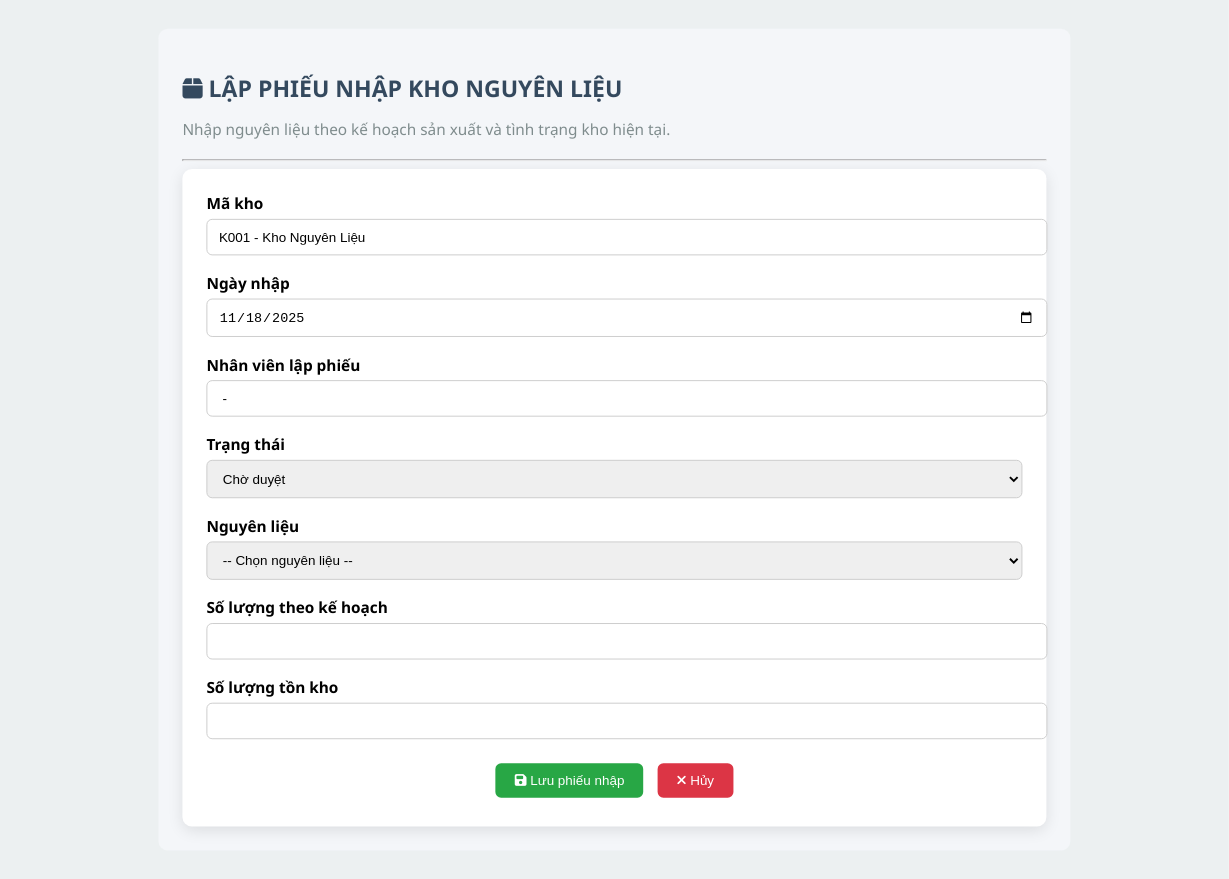
Repository: TienThanhTranK18IUH/PTUD_QLSX_NHAMAY_NOPAINNOGAIN
Page: http://localhost/app/views/phieu/nhapNL.php
An editor plug-in stored every save of this project. The page is shown before and after the next save, followed by the edit.
The browser window is 1280 px wide. The pictures show the whole page, at 96% of full size.
The page is run by PHP 8.4 with error messages shown; the project is at /var/www/html/.

Above is the page before, as saved 2025-12-19 20:34:16.

### app/views/phieu/nhapNL.php
<?php declare(strict_types=1);
// Ensure we have a $user array available in the view. Prefer a passed-in $user,
// otherwise try helper `getCurrentUser()` or fallback to session data.
if (!isset($user)) {
    if (function_exists('getCurrentUser')) {
        $tmpUser = getCurrentUser();
        $user = $tmpUser ? $tmpUser : array('maNguoiDung' => '', 'hoTen' => '');
    } else {
        if (session_id() === '') @session_start();
        $user = isset($_SESSION['user']) ? $_SESSION['user'] : array('maNguoiDung' => '', 'hoTen' => '');
    }
}
?>
<!DOCTYPE html>
<html lang="vi">
<head>
<meta charset="UTF-8">
<title>Lập phiếu nhập kho</title>
<link rel="stylesheet" href="https://cdnjs.cloudflare.com/ajax/libs/font-awesome/6.4.0/css/all.min.css">
<style>
body { font-family: "Segoe UI", Tahoma, Geneva, Verdana, sans-serif; background: #ecf0f1; margin: 0; padding: 0; }
.content-wrapper { max-width: 900px; margin: 30px auto; background: #f4f6f9; border-radius: 10px; padding: 25px; }
.page-header h2 { font-weight: 700; color: #34495e; margin-bottom: 5px; }
.subtitle { color: #7f8c8d; margin-bottom: 20px; }
.card { background: #fff; border-radius: 10px; box-shadow: 0 4px 15px rgba(0,0,0,0.1); padding: 25px; }
.form-group { margin-bottom: 18px; display: flex; flex-direction: column; }
.form-group label { font-weight: bold; margin-bottom: 5px; }
.form-control { width: 100%; padding: 10px 12px; border: 1px solid #ccc; border-radius: 6px; font-size: 14px; }
.btn { padding: 10px 20px; border-radius: 6px; border: none; font-size: 14px; cursor: pointer; margin: 5px; }
.btn-primary { background: #3498db; color: #fff; }
.btn-primary:hover { background: #2980b9; }
.btn-secondary { background: #95a5a6; color: #fff; }
.btn-secondary:hover { background: #7f8c8d; }
.form-actions { text-align: center; margin-top: 20px; }
.btn.btn-primary {
    background-color: #28a745 !important; /* xanh lá */
    border-color: #28a745 !important;
}

.btn.btn-secondary {
    background-color: #dc3545 !important; /* đỏ */
    border-color: #dc3545 !important;
    color: #fff !important;
}
</style>
</head>
<body>
<div class="content-wrapper">
    <div class="page-header">
        <h2><i class="fa fa-box"></i> LẬP PHIẾU NHẬP KHO NGUYÊN LIỆU</h2>
        <p class="subtitle">Nhập nguyên liệu theo kế hoạch sản xuất và tình trạng kho hiện tại.</p>
        <hr>
    </div>
    <div class="card">
        <form method="post" action="/PTUD_QLSX_NHAMAY_NOPAINNOGAIN/index.php?controller=phieunhapNL&action=nhapPhieu">
            <div class="form-group">
                <label><strong>Mã kho</strong></label>
                <input type="hidden" name="maKho" value="K001">
                <input type="text" class="form-control" value="K001 - Kho Nguyên Liệu" readonly>
            </div>
            <div class="form-group">
                <label><strong>Ngày nhập</strong></label>
                <input type="date" name="ngayNhap" class="form-control" value="<?php echo date('Y-m-d'); ?>">
            </div>
            <div class="form-group">
                <label><strong>Nhân viên lập phiếu</strong></label>
                <input type="hidden" name="maNguoiLap" value="<?php echo htmlspecialchars(isset($user['maNguoiDung']) ? $user['maNguoiDung'] : ''); ?>">
                <input type="text" class="form-control" value="<?php echo htmlspecialchars((isset($user['maNguoiDung']) ? $user['maNguoiDung'] . ' - ' : '') . (isset($user['hoTen']) ? $user['hoTen'] : '')); ?>" readonly>
            </div>
            <div class="form-group">
                <label><strong>Trạng thái</strong></label>
                <select name="trangThai" class="form-control" required>
                    <option value="ChoDuyet" selected>Chờ duyệt</option>
                </select>
            </div>
            <div class="form-group">
                <label><strong>Nguyên liệu</strong></label>
                <select id="maNguyenLieu" name="maNguyenLieu" class="form-control" onchange="capNhatThongTin()" required>
                    <option value="">-- Chọn nguyên liệu --</option>
                    <?php
                    if (!empty($ds_nguyenlieu)) {
                        foreach ($ds_nguyenlieu as $nl) {
                            // Loại bỏ nguyên liệu có tên '--' hoặc không thuộc kế hoạch sản xuất
                            if (trim($nl['tennguyenlieu']) === '--' || empty($nl['makehoach'])) continue;
                            echo '<option value="'.htmlspecialchars($nl['manguyenlieu']).'" '
                                 .'data-ton="'.htmlspecialchars($nl['soluongton']).'" '
                                 .'data-maKho="'.htmlspecialchars($nl['makho']).'" '
                                 .'data-kehoach="'.htmlspecialchars($nl['soluongnguyenlieu']).'">'
                                 .htmlspecialchars($nl['makehoach'].'-'.$nl['manguyenlieu'].'-'.$nl['tennguyenlieu'])
                                 .'</option>';
                        }
                    }
                    ?>
                </select>
            </div>
            <div class="form-group">
                <label><strong>Số lượng theo kế hoạch</strong></label>
                <input type="number" id="soLuong" name="soLuong" class="form-control" readonly>
            </div>
            <div class="form-group">
                <label><strong>Số lượng tồn kho</strong></label>
                <input type="number" id="soLuongTonKho" name="soLuongTonKho" class="form-control" readonly>
            </div>
            <div class="form-actions">
                <button type="submit" class="btn btn-primary"><i class="fa fa-save"></i> Lưu phiếu nhập</button>
                <button type="reset" class="btn btn-secondary"><i class="fa fa-times"></i> Hủy</button>
            </div>
        </form>
    </div>
</div>
<script type="text/javascript">
function capNhatThongTin() {
    var sel = document.getElementById('maNguyenLieu');
    var opt = sel.options[sel.selectedIndex];
    if (!opt) return;

    document.getElementById('soLuong').value = opt.getAttribute('data-kehoach') || 0;
    document.getElementById('soLuongTonKho').value = opt.getAttribute('data-ton') || 0;

    var maKhoVal = opt.getAttribute('data-maKho') || '';
    var selKho = document.getElementById('maKho');
    for (var i=0; i<selKho.options.length; i++) {
        if (selKho.options[i].value === maKhoVal) {
            selKho.selectedIndex = i;
            break;
        }
    }
}
</script>
</body>
</html>

After the next save:
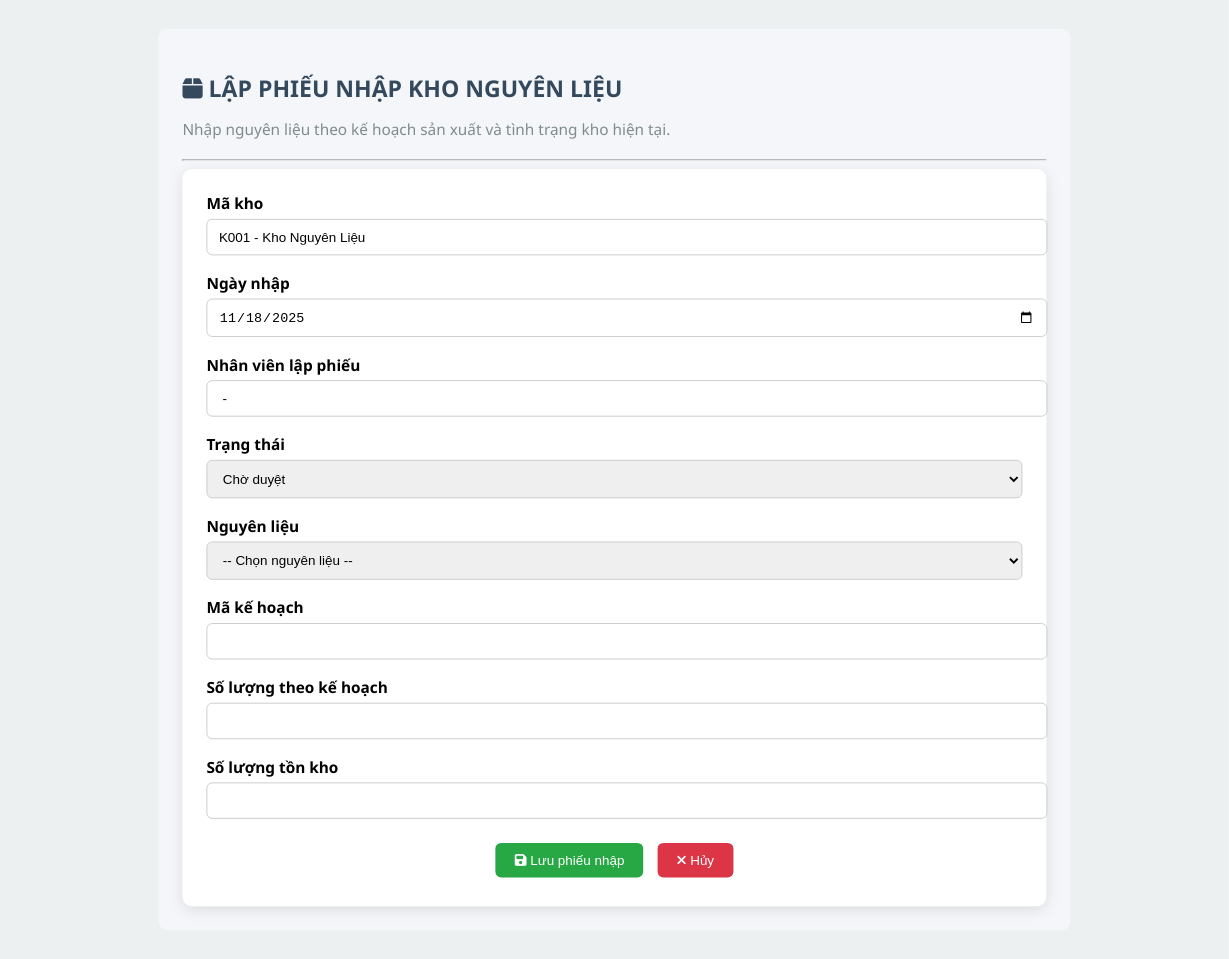
Saved 25 s later.
--- a/app/views/phieu/nhapNL.php
+++ b/app/views/phieu/nhapNL.php
@@ -85,13 +85,19 @@ body { font-family: "Segoe UI", Tahoma, Geneva, Verdana, sans-serif; background:
                             echo '<option value="'.htmlspecialchars($nl['manguyenlieu']).'" '
                                  .'data-ton="'.htmlspecialchars($nl['soluongton']).'" '
                                  .'data-maKho="'.htmlspecialchars($nl['makho']).'" '
-                                 .'data-kehoach="'.htmlspecialchars($nl['soluongnguyenlieu']).'">'
+                                 .'data-kehoach="'.htmlspecialchars($nl['soluongnguyenlieu']).'" '
+                                 .'data-makehoach="'.htmlspecialchars($nl['makehoach']).'">'
                                  .htmlspecialchars($nl['makehoach'].'-'.$nl['manguyenlieu'].'-'.$nl['tennguyenlieu'])
                                  .'</option>';
                         }
                     }
                     ?>
                 </select>
+
+            </div>
+            <div class="form-group">
+                <label><strong>Mã kế hoạch</strong></label>
+                <input type="text" id="maKeHoach" name="maKeHoach" class="form-control" readonly required>
             </div>
             <div class="form-group">
                 <label><strong>Số lượng theo kế hoạch</strong></label>
@@ -116,15 +122,7 @@ function capNhatThongTin() {
 
     document.getElementById('soLuong').value = opt.getAttribute('data-kehoach') || 0;
     document.getElementById('soLuongTonKho').value = opt.getAttribute('data-ton') || 0;
-
-    var maKhoVal = opt.getAttribute('data-maKho') || '';
-    var selKho = document.getElementById('maKho');
-    for (var i=0; i<selKho.options.length; i++) {
-        if (selKho.options[i].value === maKhoVal) {
-            selKho.selectedIndex = i;
-            break;
-        }
-    }
+    document.getElementById('maKeHoach').value = opt.getAttribute('data-makehoach') || '';
 }
 </script>
 </body>
